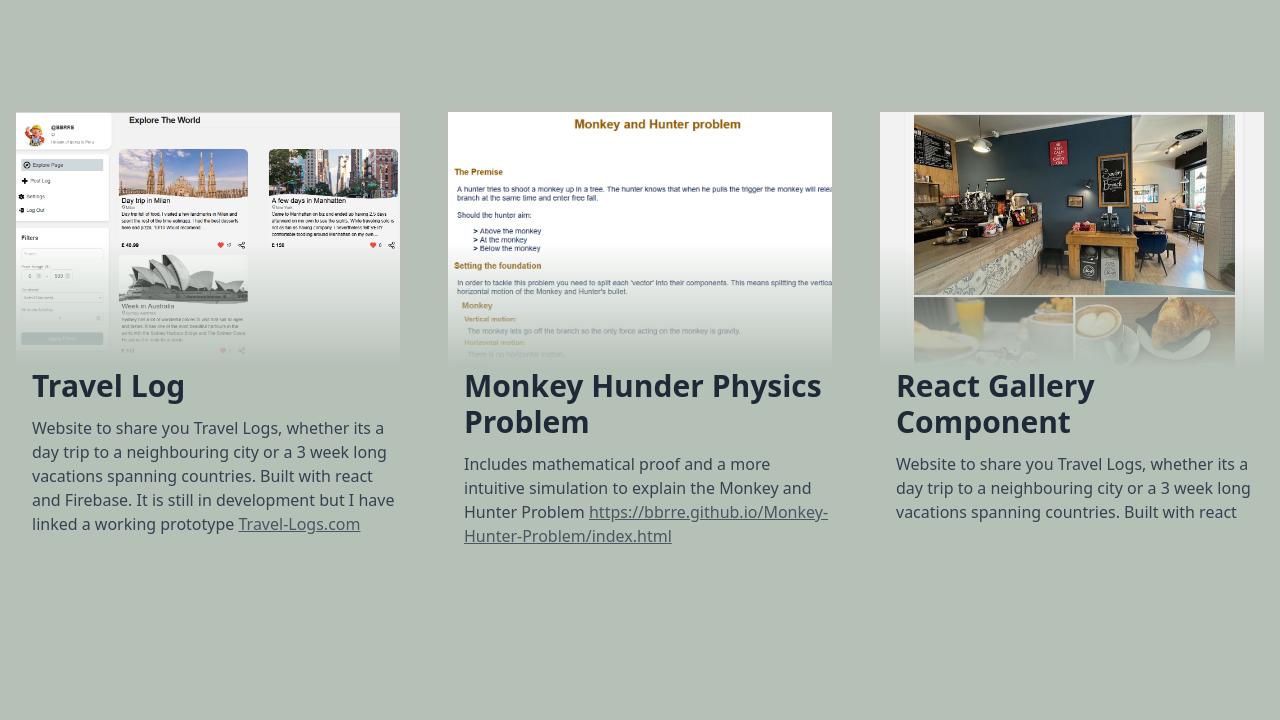
Repository: BBRRE/Portfolio-V2
Page: /#/Computer-Sci
The author's editor kept a copy of each file at every save. The page is drawn from the files as they stood at one save, then again after the next save.
The browser window is 1280 px wide. The pictures show the whole page.
Some web fonts or font styles are not loaded; a fallback is used. The project was rebuilt for these pictures with package versions that can differ from the ones it lists, and the page was loaded fresh each time. Also part of the build but not shown: vite.config.js, src/Subjects/Archi.jsx, src/Subjects/EEng.jsx, src/Subjects/Other.jsx, src/Projects Overview.jsx, src/HomePage.jsx, src/ErrorBoundary.jsx.

Above is the page before, as saved 2024-11-29 09:19:36.

### index.html
<!doctype html>
<html lang="en">
  <head>
    <meta charset="UTF-8" />
    <link rel="icon" type="image/svg+xml" href="src\assets\letter-bb.svg" />
    <link href="https://fonts.googleapis.com/css2?family=Inconsolata&family=Italiana&family=Hubballi&family=Julius+Sans+One&display=swap" rel="stylesheet">
    <link rel="preconnect" href="https://fonts.googleapis.com" />
<link rel="preconnect" href="https://fonts.gstatic.com" crossorigin />
<link
  rel="stylesheet"
  href="https://fonts.googleapis.com/css2?family=Roboto:wght@300;400;500;700&display=swap"
/>
<link
  rel="stylesheet"
  href="https://fonts.googleapis.com/icon?family=Material+Icons"
/>

    <meta name="viewport" content="width=device-width, initial-scale=1.0" />
    <title>Bilaal Bare</title>
  </head>
  <body>
    <div id="root"></div>
    <script type="module" src="/src/main.jsx"></script>
  </body>
</html>

### src/main.jsx
import React from 'react'
import ReactDOM from 'react-dom/client'
import App from './App'
import ErrorBoundary from './ErrorBoundary'
import './index.css'

ReactDOM.createRoot(document.getElementById('root')).render(
  <React.StrictMode>
    <ErrorBoundary>
      <App />
    </ErrorBoundary>
  </React.StrictMode>
)

### src/App.jsx
import { HashRouter as Router, Routes, Route } from 'react-router-dom';
import Archi from './Subjects/Archi.jsx'
import CompSci from './Subjects/CompSci.jsx'
import EEng from './Subjects/EEng.jsx'
import Other from './Subjects/Other.jsx'
import { HomePage } from './HomePage'
import { useState, useEffect } from 'react'

function App() {
  useEffect(() => {
    console.log('App component mounted')
  }, [])

  return (
    <Router>
        <Routes>
          <Route path="/" element={<HomePage />} />
          <Route path="/Architecture" element={<Archi />} />
          <Route path="/Electronic-Eng" element={<EEng />} />
          <Route path="/Computer-Sci" element={<CompSci />} />
          <Route path="/Other" element={<Other />} />
        </Routes>
    </Router>
  )
}

export default App

### src/index.css
@tailwind base;
@tailwind components;
@tailwind utilities;

@layer utilities {
  .bg-dot-pattern {
    background-image: radial-gradient(circle, rgba(0, 0, 0, 0.2) 1px, transparent 1px);
    background-size: 50px 50px; /* Adjust the spacing here */
  }
}

### src/Subjects/CompSci.jsx
import React from 'react'
import cs from '../assets/aaaa.png'
import ph from '../assets/Monkey.png'
import tr from '../assets/tra.png'

const CompSci = () => {
  return (
    <div className='bg-[#B5C0B7] w-full h-auto min-h-screen grid grid-cols-1 md:grid-cols-2 lg:grid-cols-3 gap-4 '>
      <div className='flex flex-col mx-auto p-4 mt-24'>
        <img src={cs} style={{ WebkitMaskImage: 'linear-gradient(to top, transparent 0%, black 50%)' }} />
        <div className="  flex flex-col ml-4 gap-3 justify-center">
          <h2 className=" text-left text-xl md:text-2xl lg:text-3xl font-semibold text-gray-800">
            Travel Log
          </h2>
          <p className="text-gray-700 text-sm md:text-base leading-relaxed max-w-[500px]">
            Website to share you Travel Logs, whether its a day trip to a neighbouring city or a 3 week long vacations spanning countries. Built with react
            and Firebase. It is still in development but I have linked a working prototype <a href="https://Travel-Logs.com/" className='underline text-gray-600'>Travel-Logs.com</a>
          </p>
        </div>
      </div>

      <div className='flex flex-col mx-auto p-4 mt-24'>
        <img src={ph} style={{ WebkitMaskImage: 'linear-gradient(to top, transparent 0%, black 50%)' }} />
        <div className=" flex flex-col ml-4 gap-3 justify-center">
          <h2 className=" text-left text-xl md:text-2xl lg:text-3xl font-semibold text-gray-800">
            Monkey Hunder Physics Problem
          </h2>
          <p className="text-gray-700 text-sm md:text-base leading-relaxed max-w-[500px]">
            Includes mathematical proof and a more intuitive simulation to explain the Monkey and Hunter Problem  <a href="https://bbrre.github.io/Monkey-Hunter-Problem/index.html" className='underline text-gray-600'>https://bbrre.github.io/Monkey-Hunter-Problem/index.html</a>        </p>
        </div>
      </div>

      <div className='flex flex-col mx-auto p-4 mt-24'>
        <img src={tr} style={{ WebkitMaskImage: 'linear-gradient(to top, transparent 0%, black 50%)' }} />
        <div className=" flex flex-col ml-4 gap-3 justify-center">
          <h2 className=" text-left text-xl md:text-2xl lg:text-3xl font-semibold text-gray-800">
            React Gallery Component
          </h2>
          <p className="text-gray-700 text-sm md:text-base leading-relaxed max-w-[500px]">
            Website to share you Travel Logs, whether its a day trip to a neighbouring city or a 3 week long vacations spanning countries. Built with react

          </p>
        </div>
      </div>

    </div>
  )
}

export default CompSci

### tailwind.config.js
/** @type {import('tailwindcss').Config} */
export default {
    darkMode: ["class"],
    content: ["index.css",
  "./src/**/*.{js,ts,jsx,tsx}",],
  theme: {
  	extend: {
  		backgroundImage: {
  			noise: "url('/src/assets/nnnoise.svg')",
  			undulate: "url('/src/assets/uuundulate.svg')"
  		},
  		fontFamily: {
  			inconsolata: ['Inconsolata', 'monospace'],
  			italiana: ['Italiana', 'serif'],
  			hubballi: ['Hubballi', 'cursive'],
  			julius: ['Julius Sans One"', 'sans-serif']
  		},
      keyframes: {
        fadeIn: {
          '0%': { opacity: '0' },
          '100%': { opacity: '1' },
        },
      }
  	}
  }
}

After the next save:
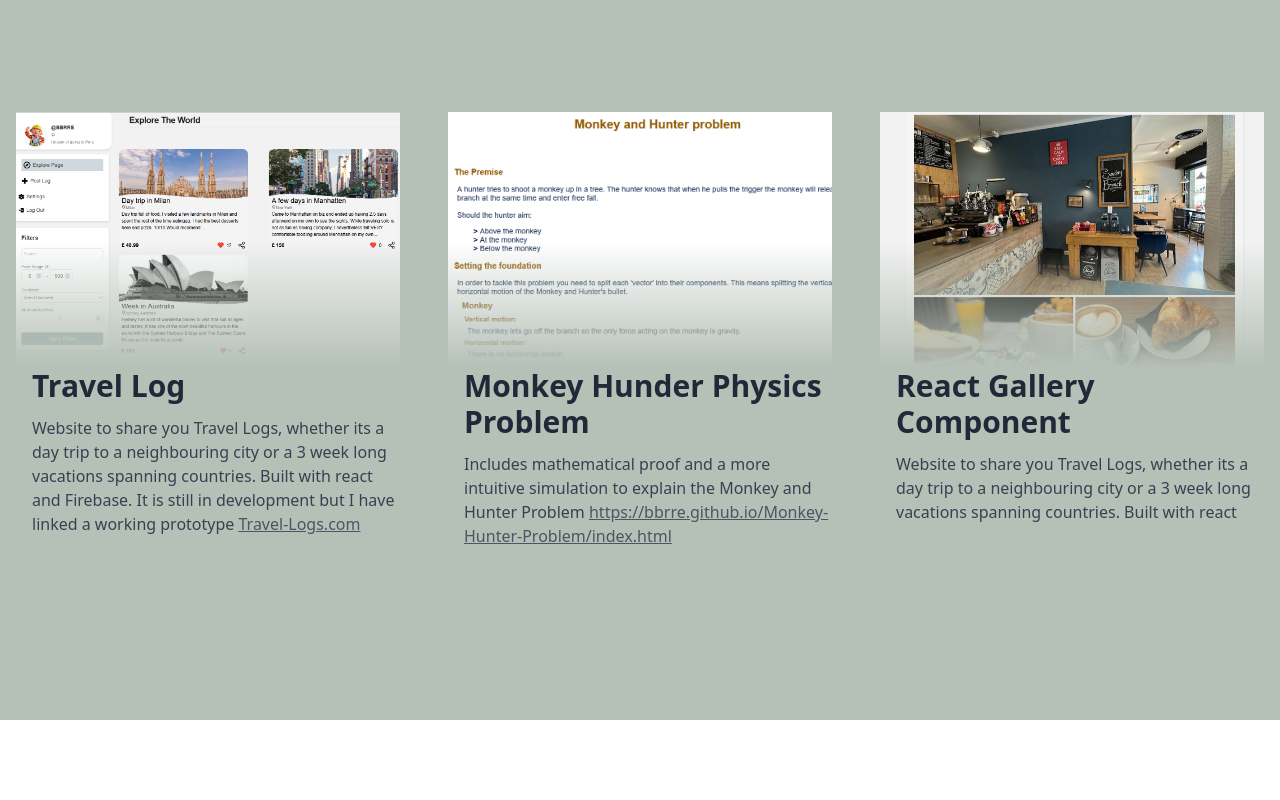
Saved 13 s later.
--- a/src/Subjects/CompSci.jsx
+++ b/src/Subjects/CompSci.jsx
@@ -5,7 +5,7 @@
 
 const CompSci = () => {
   return (
-    <div className='bg-[#B5C0B7] w-full h-auto min-h-screen grid grid-cols-1 md:grid-cols-2 lg:grid-cols-3 gap-4 '>
+    <div className='bg-[#B5C0B7] w-full h-auto min-h-screen grid grid-cols-1 md:grid-cols-2 lg:grid-cols-3 gap-4  mb-20'>
       <div className='flex flex-col mx-auto p-4 mt-24'>
         <img src={cs} style={{ WebkitMaskImage: 'linear-gradient(to top, transparent 0%, black 50%)' }} />
         <div className="  flex flex-col ml-4 gap-3 justify-center">

After the save that followed:
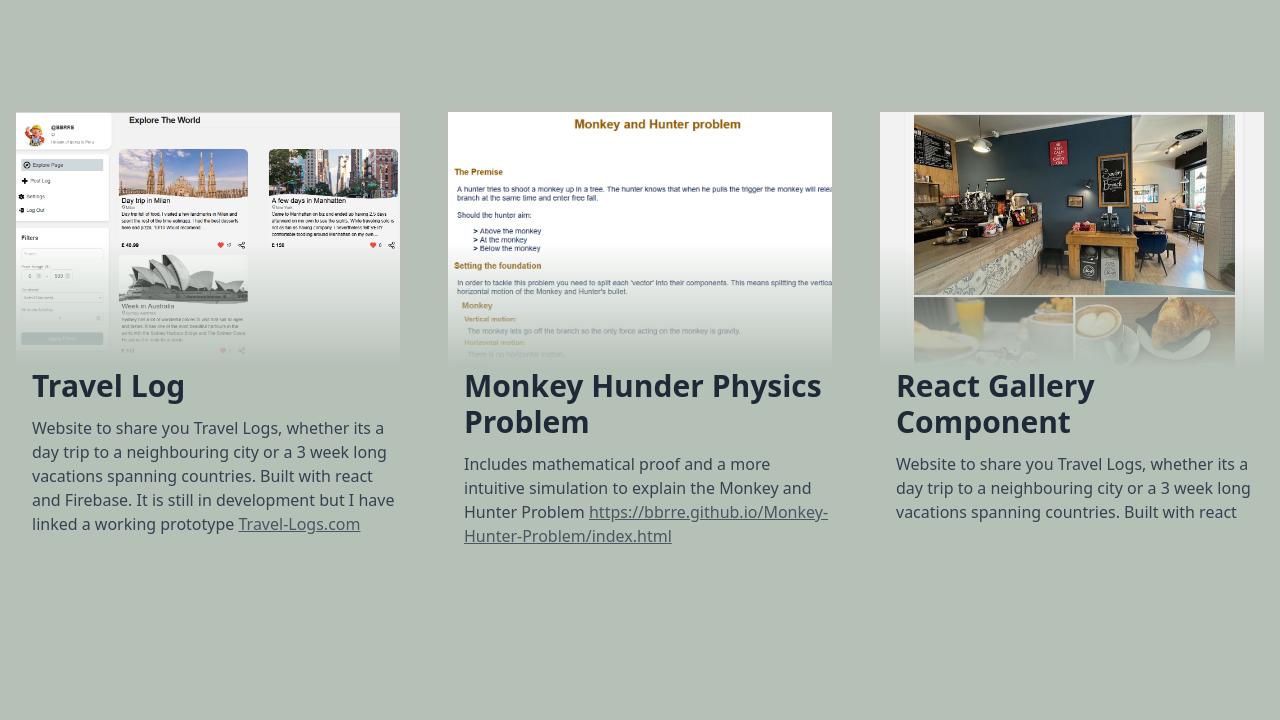
Saved 7 s later.
--- a/src/Subjects/CompSci.jsx
+++ b/src/Subjects/CompSci.jsx
@@ -5,7 +5,7 @@
 
 const CompSci = () => {
   return (
-    <div className='bg-[#B5C0B7] w-full h-auto min-h-screen grid grid-cols-1 md:grid-cols-2 lg:grid-cols-3 gap-4  mb-20'>
+    <div className='bg-[#B5C0B7] w-full h-auto min-h-screen grid grid-cols-1 md:grid-cols-2 lg:grid-cols-3 gap-4  pb-20'>
       <div className='flex flex-col mx-auto p-4 mt-24'>
         <img src={cs} style={{ WebkitMaskImage: 'linear-gradient(to top, transparent 0%, black 50%)' }} />
         <div className="  flex flex-col ml-4 gap-3 justify-center">
